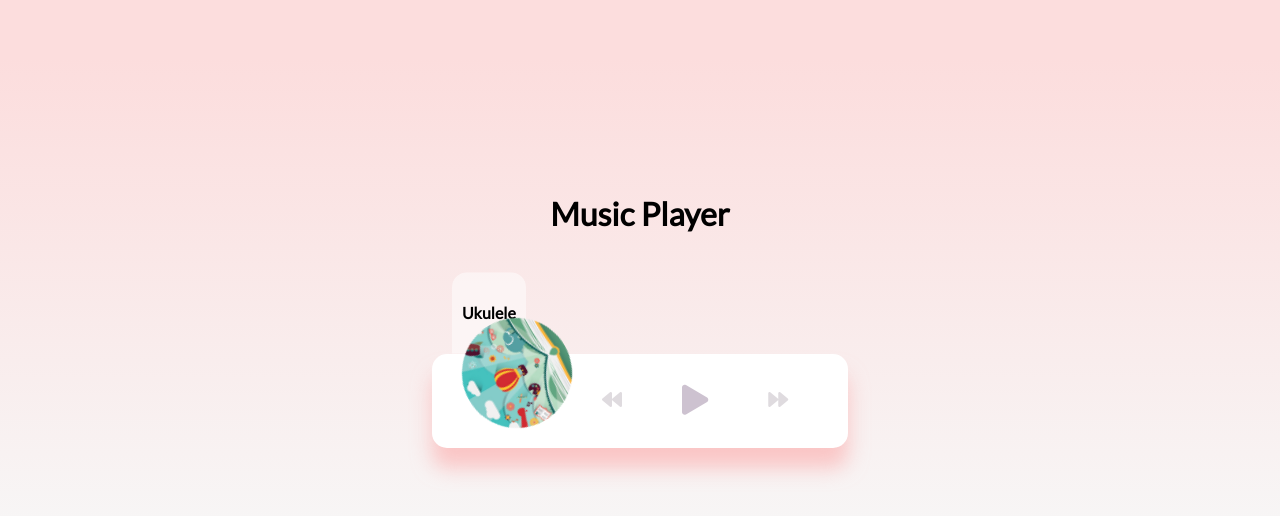
Repository: Youvelop/musicPlayer
Page: index.html
An editor plug-in stored every save of this project. The page is shown before and after the next save, followed by the edit.
The browser window is 1280 px wide. The pictures show the whole page.
Some web libraries are served in a nearby version.

Above is the page before, as saved 2020-07-08 08:22:52.

### index.html
<!DOCTYPE html>
<html lang="en">
  <head>
    <meta charset="UTF-8" />
    <meta name="viewport" content="width=device-width, initial-scale=1.0" />
    <link
      rel="stylesheet"
      href="https://cdnjs.cloudflare.com/ajax/libs/font-awesome/5.10.2/css/all.min.css"
    />
    <link rel="stylesheet" href="style.css" />
    <title>Music Player</title>
  </head>
  <body>
    <h1>Music Player</h1>
    <div class="music-container play" id="music-container">
      <div class="music-info">
        <h4 id="title">Ukulele</h4>
        <div class="progress-container" id="progress-container">
          <div class="progress" id="progress"></div>
        </div>
      </div>
      <audio src="music/ukulele.mp3" id="audio"></audio>

      <div class="img-container">
        <img src="images/ukulele.jpg" id="cover" alt="music-cover" />
      </div>
      <div class="navigation">
        <button id="prev" class="action-btn">
          <i class="fas fa-backward"></i>
        </button>
        <button id="play" class="action-btn action-btn-big">
          <i class="fas fa-play"></i>
        </button>
        <button id="prev" class="action-btn">
          <i class="fas fa-forward"></i>
        </button>
      </div>
    </div>
    <script src="script.js"></script>
  </body>
</html>

### style.css
@import url('https://fonts.googleapis.com/css?family=Lato&display=swap');

* {
  box-sizing: border-box;
}

body {
  background-image: linear-gradient(
    0deg,
    rgba(247, 247, 247, 1) 23.8%,
    rgba(252, 221, 221, 1) 92%
  );
  height: 100vh;
  display: flex;
  flex-direction: column;
  align-items: center;
  justify-content: center;
  font-family: 'Lato', sans-serif;
  margin: 0;
}

.music-container {
  background-color: #fff;
  border-radius: 15px;
  box-shadow: 0 20px 20px 0 rgba(252, 169, 169, 0.6);
  display: flex;
  padding: 20px 30px;
  position: relative;
  margin: 100px 0;
  z-index: 10;
}

.img-container {
  position: relative;
  width: 110px;
}

.img-container img {
  border-radius: 50%;
  object-fit: cover;
  height: 110px;
  width: inherit;
  position: absolute;
  bottom: 0;
  left: 0;
  animation: rotate 3s linear infinite;

  animation-play-state: paused;
}

.music-container.play .img-container img {
  animation-play-state: running;
}

@keyframes rotate {
  from {
    transform: rotate(0deg);
  }

  to {
    transform: rotate(360deg);
  }
}

.navigation {
  display: flex;
  align-items: center;
  justify-content: center;
  z-index: 1;
}

.action-btn {
  background-color: #fff;
  border: 0;
  color: #dfdbdf;
  font-size: 20px;
  cursor: pointer;
  padding: 10px;
  margin: 0 20px;
}

.action-btn.action-btn-big {
  color: #cdc2d0;
  font-size: 30px;
}

.action-btn:focus {
  outline: 0;
}

.music-info {
  background-color: rgba(255, 255, 255, 0.5);
  border-radius: 15px 15px 0 0;
  position: absolute;
  top: 0;
  left: 20px;
  width: cal(100% - 40px);
  padding: 10px 10px;
  opacity: 0;
  transform: translateY(0%);
  transition: transform 0.3s ease-in, opcaity 0.3s ease-in;
  z-index: 0;
}

.music-container.play .music-info {
  opacity: 1;
  transform: translateY(-100%);
}

Loaded but not shown: script.js (no copy from this time; the picture is the same without it)

After the next save:
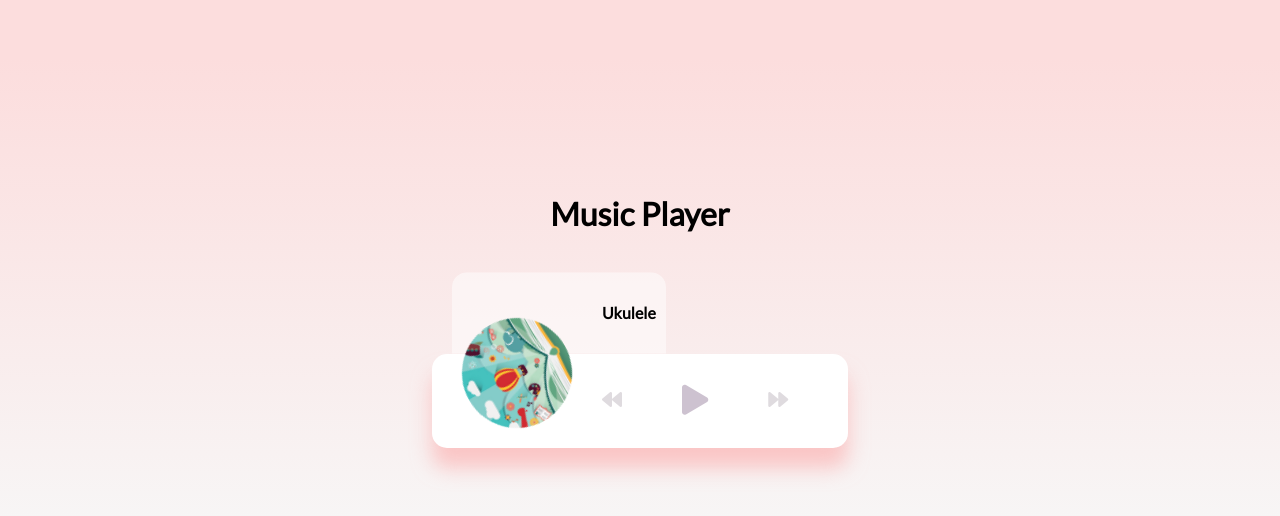
Saved 22 s later.
--- a/style.css
+++ b/style.css
@@ -95,7 +95,7 @@ body {
   top: 0;
   left: 20px;
   width: cal(100% - 40px);
-  padding: 10px 10px;
+  padding: 10px 10px 10px 150px;
   opacity: 0;
   transform: translateY(0%);
   transition: transform 0.3s ease-in, opcaity 0.3s ease-in;
